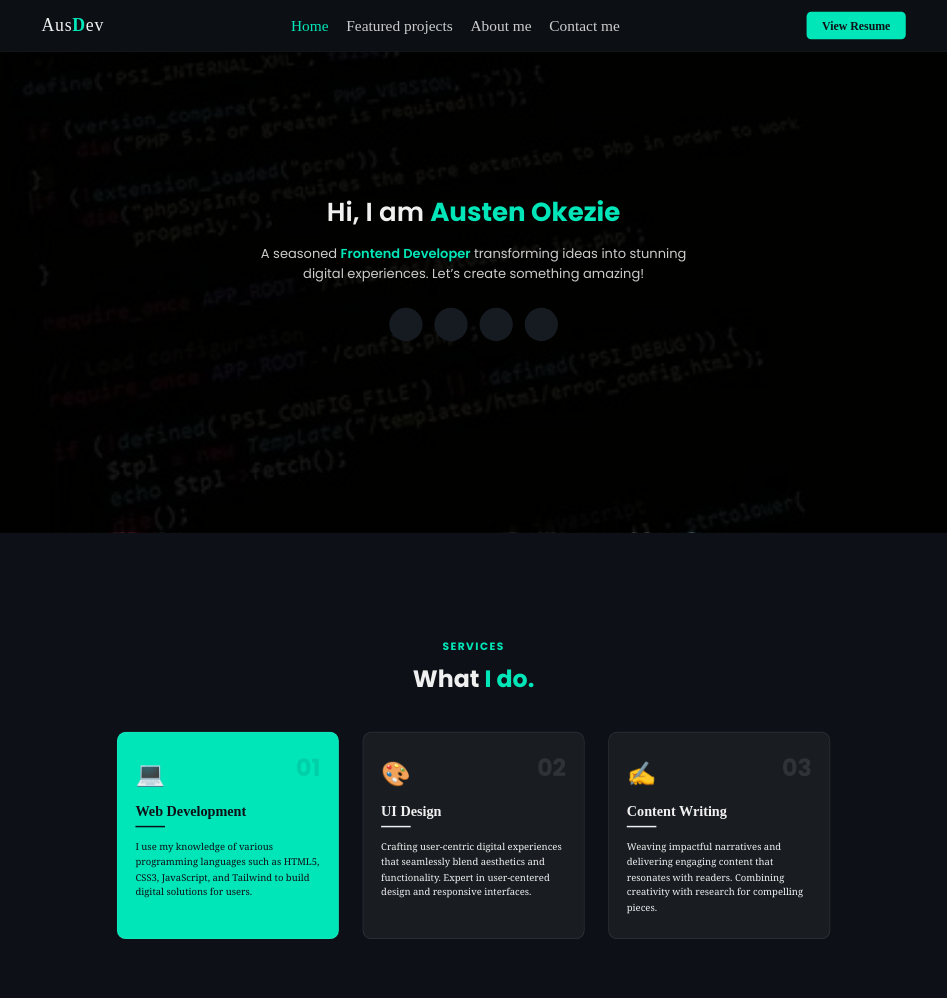
Repository: Austinokezie/Myportfolio
Page: index.html
The author's editor kept a copy of each file at every save. The page is drawn from the files as they stood at one save, then again after the next save.
The browser window is 1280 px wide. The pictures show the whole page, at 74% of full size.
Some web fonts or font styles are not loaded; a fallback is used.

Above is the page before, as saved 2025-10-14 14:23:57.

After the next save:
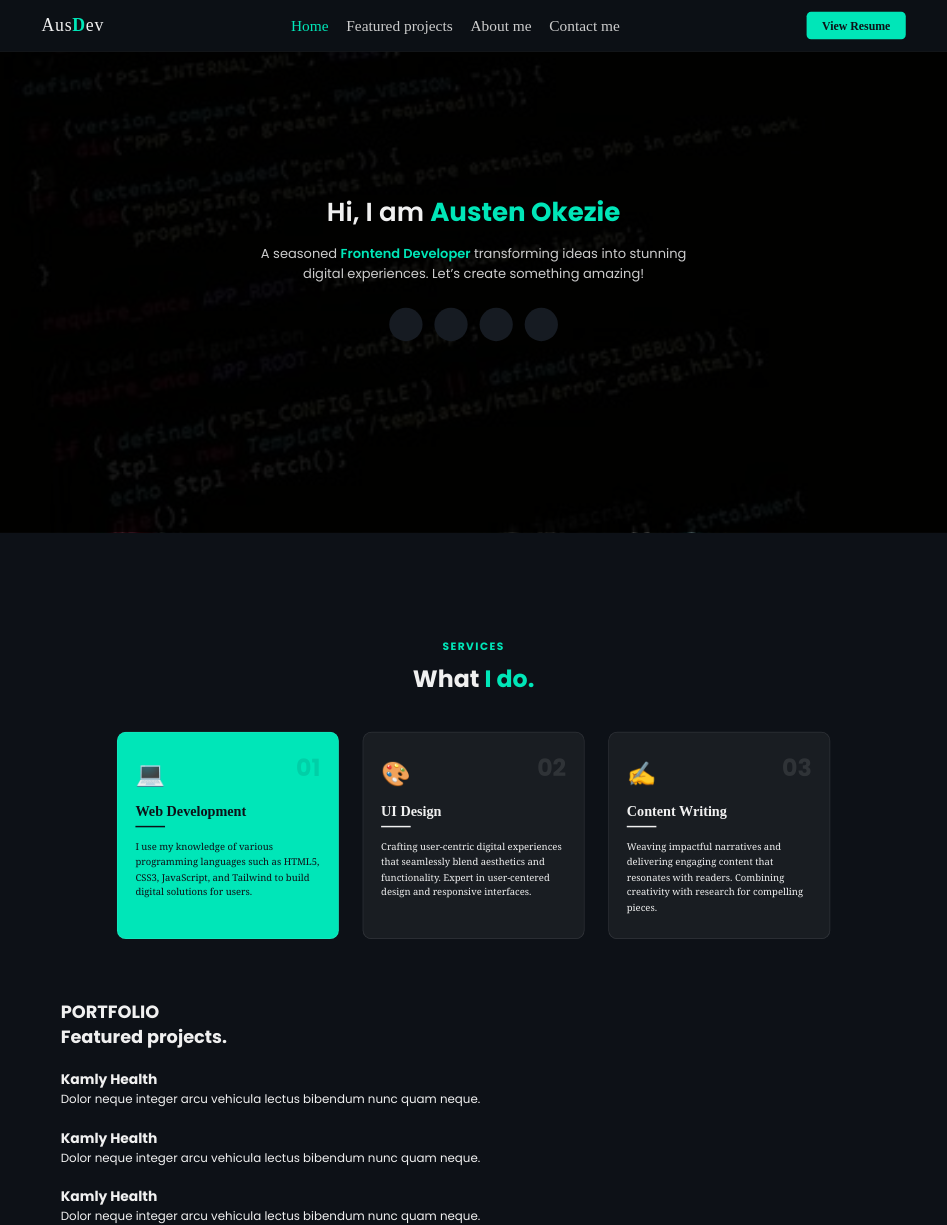
Saved 17 min 13 s later.
--- a/index.html
+++ b/index.html
@@ -76,6 +76,38 @@
         </div>
    </div>
 
+   <section class="portfolio-section">
+      <div class="container">
+          <h2 class="portfolio-title">PORTFOLIO</h2>
+          <h1 class="featured-projects">Featured <span> projects.</span></h1>
+           <div class="projects-grid">
+                <div class="project-card">
+                   <div class="project-image-placeholder">
+                      <img src="" alt="">
+                   </div>
+                   <h3 class="project-name">Kamly Health</h3>
+                  <p class="project-description">Dolor neque integer arcu vehicula lectus bibendum nunc quam neque.</p>
+               </div>
+
+               <div class="project-card">
+                   <div class="project-image-placeholder">
+                      <img src="" alt="">
+                    </div>
+                  <h3 class="project-name">Kamly Health</h3>
+                  <p class="project-description">Dolor neque integer arcu vehicula lectus bibendum nunc quam neque.</p>
+               </div>
+
+               <div class="project-card">
+                   <div class="project-image-placeholder">
+                     <img src="" alt="">
+                   </div>
+                   <h3 class="project-name">Kamly Health</h3>
+                   <p class="project-description">Dolor neque integer arcu vehicula lectus bibendum nunc quam neque.</p>
+               </div>
+            </div>
+      </div>
+   </section>
+
 
 
 
